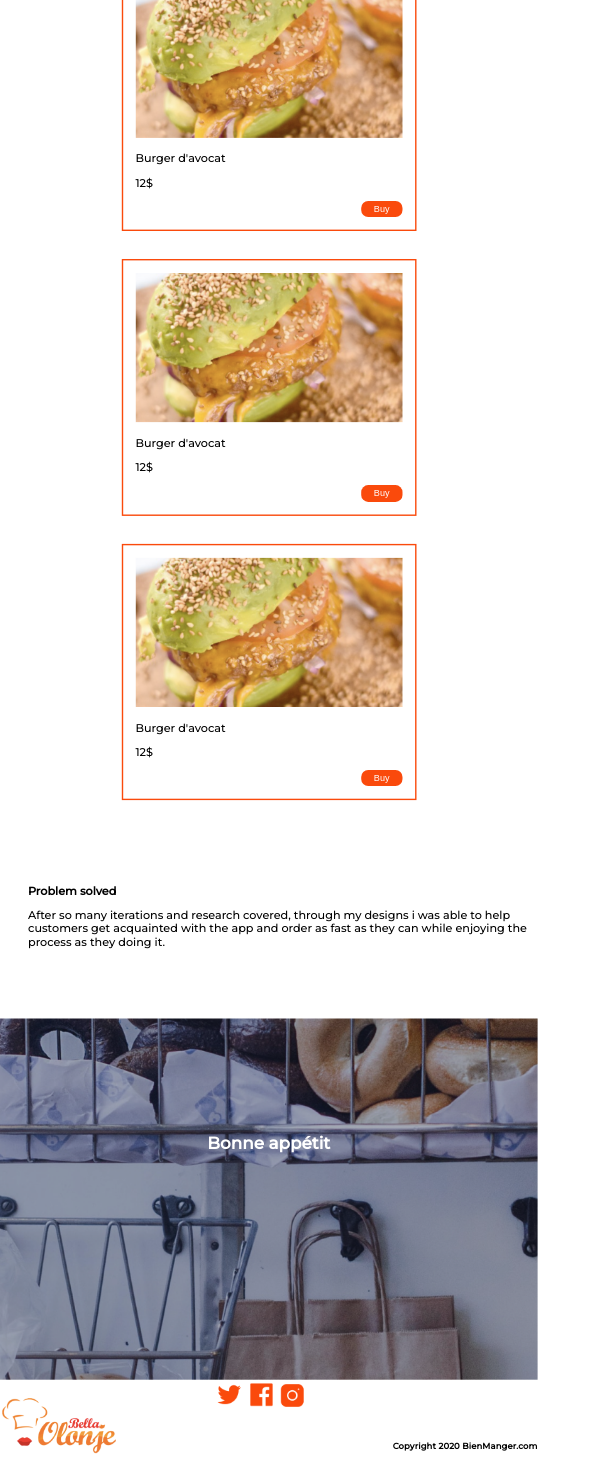
Repository: Ahlam-belhadj/bella-olange
Page: index.html
An editor plug-in stored every save of this project. The page is shown before and after a run of saves, followed by the edit.
The browser window is 768 px wide. The page is 858 px wide, so the pictures cover 858 px, including what lies to the right of the window. The pictures show the part of the page from y = 3910 to 6150 px (the page is 5997 px tall before and 6150 px after), at 70% of full size.

Above is the page before, as saved 2023-02-12 00:37:51.

### index.html
<!DOCTYPE html>
<html lang="en">

<head>
    <meta charset="UTF-8">
    <meta http-equiv="X-UA-Compatible" content="IE=edge">
    <meta name="viewport" content="width=device-width, initial-scale=1.0">
    <link rel="stylesheet" href="style.css">
    <title>Bella olanje</title>
</head>

<body>
    <header>
        <nav>
            <div class="logo"><img  class="logo" src="image/logo_bella_olonje.png" alt="logo"></div>
            <ul>
                <li><a href="#" class="nav-link">Home</a></li>
                <li><a href="#" class="nav-link">Pizza</a></li>
                <li><a href="#" class="nav-link">Burgers</a></li>
                <li><a href="#" class="nav-link">Salade</a></li>
                <li><a href="#" class="nav-link">Contact</a></li>

            </ul>
            <div class="icon_navbar">
                <label for="click" class="menu-btn">
                  <i class="fas fa-bars"></i>
                </label>
            </div>
          </nav>

        <div class="title">
            <div class="texte">
                <h3>Food app</h3>
                <h1>Chez Bella <br>
                    chaque désire s'additionne.</h1>
            </div>
        </div>
    </header>
    <main>
        <h2 id="pizza" >Nos Pizza</h2>
        <div class="container-card">
            <div class="border">
                <div class="card-img">
                    <img src="image/fromage.png" alt="">
                </div>
                <div class="card-text">
                    <p>
                        Pizza 4 Fromage
                    </p>
                </div>
                <div class="prix">
                    <p>
                        12$
                    </p>
                </div>
                <div class="button1">
                    <a href="index2.html"><button class="button" type="button">Buy</button></a>
                </div>
            </div>
            <div class="border">
                <div class="card-img">
                    <img src="image/fromage.png" alt="">
                </div>
                <div class="card-text">
                    <p>
                        Pizza 4 Fromage
                    </p>
                </div>
                <div class="prix">
                    <p>
                        12$
                    </p>
                </div>
                <div class="button1">
                    <a href="index2.html"><button class="button" type="button">Buy</button></a>
                </div>
            </div>
            <div class="border">
                <div class="card-img">
                    <img src="image/fromage.png" alt="">
                </div>
                <div class="card-text">
                    <p>
                        Pizza 4 Fromage
                    </p>
                </div>
                <div class="prix">
                    <p>
                        12$
                    </p>
                </div>
                <div class="button1">
                    <a href="index2.html"><button class="button" type="button">Buy</button></a>
                </div>
            </div>
        </div>
        <hr id="burgers">
        <h2>Nos Burgers</h2>
        <div class="container-card">
            <div class="border">
                <div class="card-img">
                    <img src="image/salade.png" alt="">
                </div>
                <div class="card-text">
                    <p>
                        Burger d'avocat
                    </p>
                </div>
                <div class="prix">
                    <p>
                        12$
                    </p>
                </div>
                <div class="button1">
                    <a href="index2.html"><button class="button" type="button">Buy</button></a>
                </div>
            </div>
            <div class="border">
                <div class="card-img">
                    <img src="image/salade.png" alt="">
                </div>
                <div class="card-text">
                    <p>
                        Burger d'avocat
                    </p>
                </div>
                <div class="prix">
                    <p>
                        12$
                    </p>
                </div>
                <div class="button1">
                    <a href="index2.html"><button class="button" type="button">Buy</button></a>
                </div>
            </div>
            <div class="border">
                <div class="card-img">
                    <img src="image/salade.png" alt="">
                </div>
                <div class="card-text">
                    <p>
                        Burger d'avocat
                    </p>
                </div>
                <div class="prix">
                    <p>
                        12$
                    </p>
                </div>
                <div class="button1">
                    <a href="index2.html"><button class="button" type="button">Buy</button></a>
                </div>
            </div>
        </div>
        <hr id="salade">
        <h2>Nos Salade</h2>
        <div class="container-card">
            <div class="border">
                <div class="card-img">
                    <img src="image/burger.png" alt="">
                </div>
                <div class="card-text">
                    <p>
                        Burger d'avocat
                    </p>
                </div>
                <div class="prix">
                    <p>
                        12$
                    </p>
                </div>
                <div class="button1">
                    <a href="index2.html"><button class="button" type="button">Buy</button></a>
                </div>
            </div>
            <div class="border">
                <div class="card-img">
                    <img src="image/burger.png" alt="">
                </div>
                <div class="card-text">
                    <p>
                        Burger d'avocat
                    </p>
                </div>
                <div class="prix">
                    <p>
                        12$
                    </p>
                </div>
                <div class="button1">
                    <a href="index2.html"><button class="button" type="button">Buy</button></a>
                </div>
            </div>
            <div class="border">
                <div class="card-img">
                    <img src="image/burger.png" alt="">
                </div>
                <div class="card-text">
                    <p>
                        Burger d'avocat
                    </p>
                </div>
                <div class="prix">
                    <p>
                        12$
                    </p>
                </div>
                <div class="button1">
                    <a href="index2.html"><button class="button" type="button">Buy</button></a>
                </div>
            </div>
        </div>


        <strong>
            Problem solved
        </strong>


        <p class="texte3">After so many iterations and research covered, through my designs i was able to help <br> customers get
            acquainted
            with the app and order as fast as they can while enjoying the <br>
            process as they doing it.</p>



        <div class="title1">
            <div class="texte">
                <h2>Bonne appétit</h2>
            </div>
        </div>

        <footer class="footer">
            <img class="footer_logo" src="image/logo_bella_olonje.png" alt="logo">
            <div class="social">
                <img src="image/ant-design_twitter-outlined.png" alt="panier">
                <img src="image/ant-design_facebook-filled.png" alt="facebook">
                <img src="image/instagram.png" alt="insta">
            </div>
            <p class="copy">Copyright 2020 BienManger.com</p>
        </footer>
    </main>

</body>

</html>

### style.css
@import url('https://fonts.googleapis.com/css2?family=Montserrat:wght@100;200;500&display=swap');

body {
    font-family: Montserrat, sans-serif;
    margin: auto;
}


.logo {
    height: 80px;
}

nav {
    display: flex;
    height: 80px;
    width: 100%;
    background: white;
    align-items: center;
    justify-content: space-between;
    padding: 0 50px 0 100px;
    flex-wrap: wrap;
  }

  nav .logo {
    color: #fff;
    font-size: 20px;
    text-transform: uppercase;
    text-decoration: none;
  }

  nav a {
    color: #fff;
    text-decoration: none;
  }

  nav ul {
    display: flex;
    flex-wrap: wrap;
    list-style: none;

  }

  nav ul li {
    margin: 0 5px;
  }

  nav ul li a {
    color: black;
    text-decoration: none;
    font-size: 16px;
    font-weight: 500;
    padding: 8px 15px;
    border-radius: 5px;
    letter-spacing: 1px;
    transition: all 0.3s ease;
  }

  nav .icon_navbar {
    display: flex;
  }



  nav .menu-btn i {
    color: #050505;
    font-size: 22px;
    cursor: pointer;

  }

  input[type="checkbox"] {
    display: none;
  }

  @media (max-width: 1000px) {
    nav {
      padding: 0 40px 0 50px;
    }

    nav .logo {
      color: #fff;
      font-size: 16px;
      text-transform: uppercase;
    }
  }

  @media (max-width: 1250px) {
    nav .menu-btn i {
      display: block;
    }

    #click:checked~.menu-btn i:before {
      content: "\f00d";
    }

    nav ul {
      position: fixed;
      top: 80px;
      right: -100%;
      background: #C81100;
      height: 100vh;
      width: 60%;
      text-align: center;
      display: block;
      transition: all 0.3s ease;
    }

    #click:checked~ul {
      right: 0;
    }

    nav ul li {
      width: 100%;
      margin: 40px 0;
    }

    nav ul li a {
      width: 100%;
      display: block;
      font-size: 20px;
      transition: 0.6s cubic-bezier(0.68, -0.55, 0.265, 1.55);
    }

    #click:checked~ul li a {
      margin-left: 0px;
    }

    nav ul li a.active,
    nav ul li a:hover {
      background: none;
      color: #1E1E1E;
    }
  }

.title {
  background-image: url(image/Rectangle\ 48.png);
  height: 619px;
  background-repeat: no-repeat;
  background-position: center;
  background-size: cover;



}

.texte{
    color: white;
    display: flex;
    align-items: center;
    justify-content: center;
    flex-direction: column;
    text-align: center;
    height: 50%;
}

h2{
    text-align:center;
    padding-top: 100px;
}

.container-card{
    display: flex;
    flex-direction: row;
    justify-content: space-around;
    align-items: center;
    margin-bottom: 100px;

}

.border{
    border: 2px solid #fa4a0c;
    padding: 18px;

}


.button {
    border: 0;
    line-height: 1.8;
    padding: 0 18px;
    font-size: 13px;
    text-align: center;
    color: #fff;
    border-radius: 10px;
    background-color:#FA4A0C;

}


.button1{
    display: flex;
    justify-content: end;

}

.imgf{
    height: 619px;
}

.title1 {
    background-image: url(image/Rectangle\ 47.png);
    height: 516px;
    background-repeat: no-repeat;
    background-position: center;
    background-size: cover;



}

p.texte3 {

    margin-bottom: 100px;
    padding-left: 40px;
}

.footer {
    padding: 0 115px 54px 115px;
    display: flex;
    flex-direction: row;
    justify-content: space-between;
}

.footer_logo {
    padding-top: 17px;
    height: 90px;
}

.social {
    padding-top: 66px;
}

.copy {
    padding-top: 74px;
    font-family: Montserrat;
    font-style: normal;
    font-weight: 700;
    font-size: 12px;
    line-height: 18px;
    letter-spacing: 0.2px;
}


hr {
    width: 50%;
    height: 2px;
    background-color:#E4E4E4;
    border: none;
}

strong {
    padding-left: 40px;

}



@media (max-width:801px) {

    .container-card{
        flex-direction: column;
    }

    .border {
        margin: 20px;
    }


    .footer{
        padding: 0;
        dis
    }

    .social {
        padding: 0;
    }

    .nav-menu {
        width: 105%;
    }



}

After the next 5 saves:
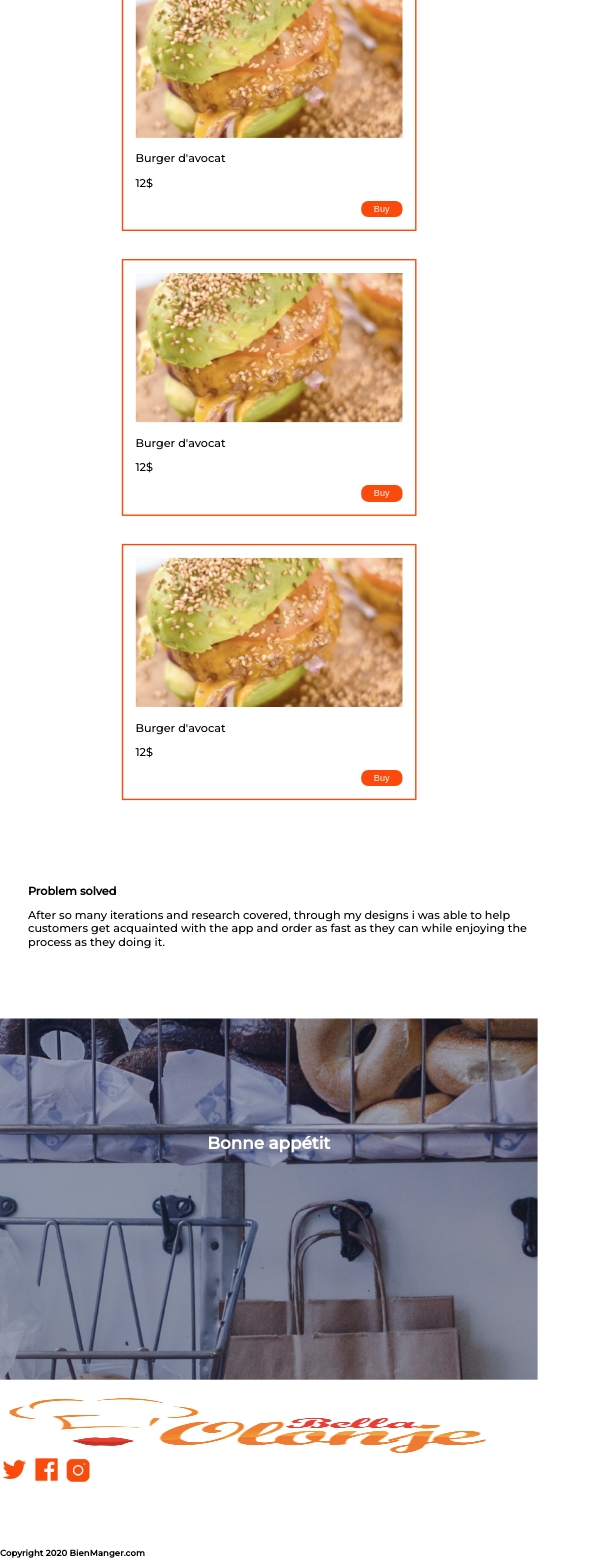
The 5 saves are shown as one change because they came seconds apart.
The last was saved 10 s later.
--- a/style.css
+++ b/style.css
@@ -268,7 +268,8 @@ strong {
 
     .footer{
         padding: 0;
-        dis
+        display: flex;
+        flex-direction: column;
     }
 
     .social {
